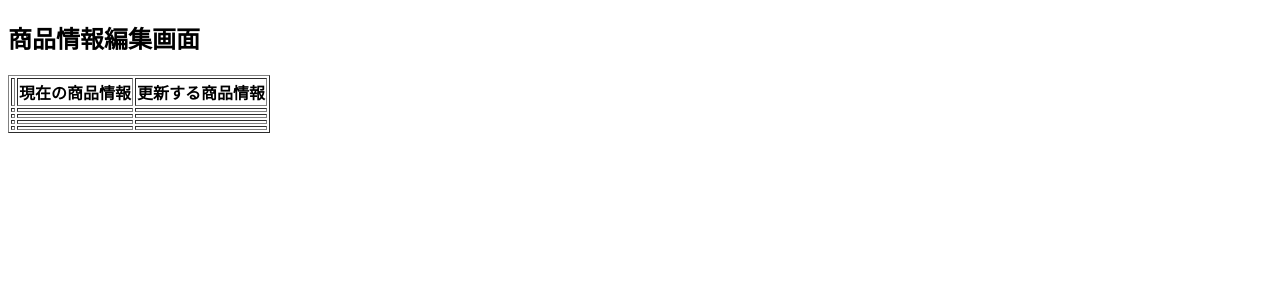
Repository: sachiyuki/java
Page: http://localhost/AdminLogin/itemedit.jsp
These files come from the project's save history. The page is drawn as it stood at one moment and after the next save; the edit follows.
The browser window is 1280 px wide. The pictures show the whole page.
The page is served by Tomcat 9. Other server files are loaded and not shown.

Above is the page before, as saved 2018-03-05 08:04:03.

### AdminLogin/WebContent/itemedit.jsp
<%@ page language="java" contentType="text/html; charset=UTF-8"
    pageEncoding="UTF-8"%>
<%@ taglib prefix="s" uri="/struts-tags" %>
<!DOCTYPE html PUBLIC "-//W3C//DTD HTML 4.01 Transitional//EN" "http://www.w3.org/TR/html4/loose.dtd">
<html>
<head>
<meta http-equiv="Content-Type" content="text/html; charset=UTF-8">
<title>Insert title here</title>
</head>
<body>


<h2>商品情報編集画面</h2>
<s:form>

<table border="1">
<tr>
	<th></th>
	<th>現在の商品情報</th>
	<th>更新する商品情報</th>
</tr>
<tr>
	<td></td>
	<td><s:property value="id"/></td>
	<td></td>
</tr>
<tr>
	<td></td>
	<td><s:property value="itemName"/></td>
	<td></td>
</tr>
<tr>
	<td></td>
	<td><s:property value="itemPrice"/></td>
	<td></td>
</tr>
<tr>
	<td></td>
	<td><s:property value="itemStock"/></td>
	<td></td>
</tr>
</table>
</s:form>


</body>
</html>

After the next save:
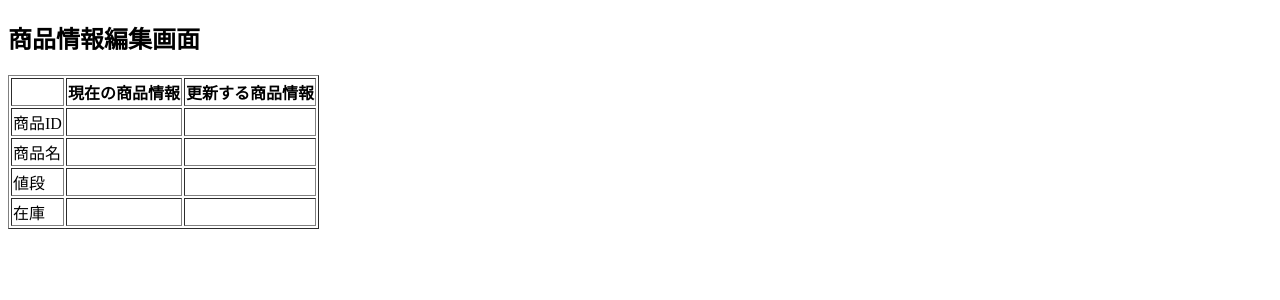
Saved 68 s later.
--- a/AdminLogin/WebContent/itemedit.jsp
+++ b/AdminLogin/WebContent/itemedit.jsp
@@ -20,22 +20,22 @@
 	<th>更新する商品情報</th>
 </tr>
 <tr>
-	<td></td>
+	<td>商品ID</td>
 	<td><s:property value="id"/></td>
 	<td></td>
 </tr>
 <tr>
-	<td></td>
+	<td>商品名</td>
 	<td><s:property value="itemName"/></td>
 	<td></td>
 </tr>
 <tr>
-	<td></td>
+	<td>値段</td>
 	<td><s:property value="itemPrice"/></td>
 	<td></td>
 </tr>
 <tr>
-	<td></td>
+	<td>在庫</td>
 	<td><s:property value="itemStock"/></td>
 	<td></td>
 </tr>
